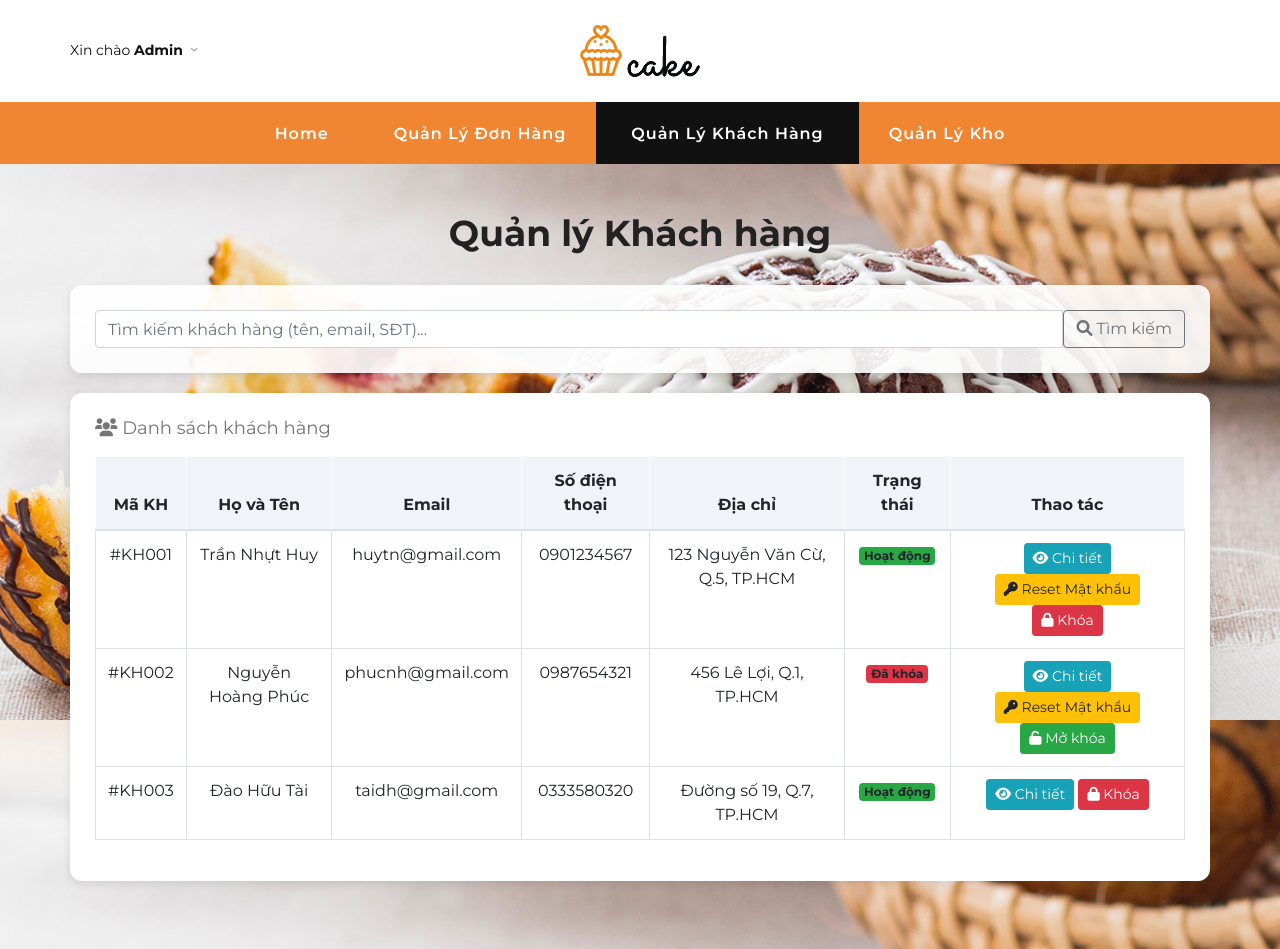
Repository: nhanto2n-byte/Nhom10ChieuThu3
Page: ProjectWeb/cake-main/admin_member.html
These files come from the project's save history. The page is drawn as it stood at one moment and after the next save; the edit follows.
The browser window is 1280 px wide. The pictures show the whole page.
Backgrounds fixed to the window are drawn as part of the page.

Above is the page before, as saved 2025-11-11 07:59:15.

After the next save:
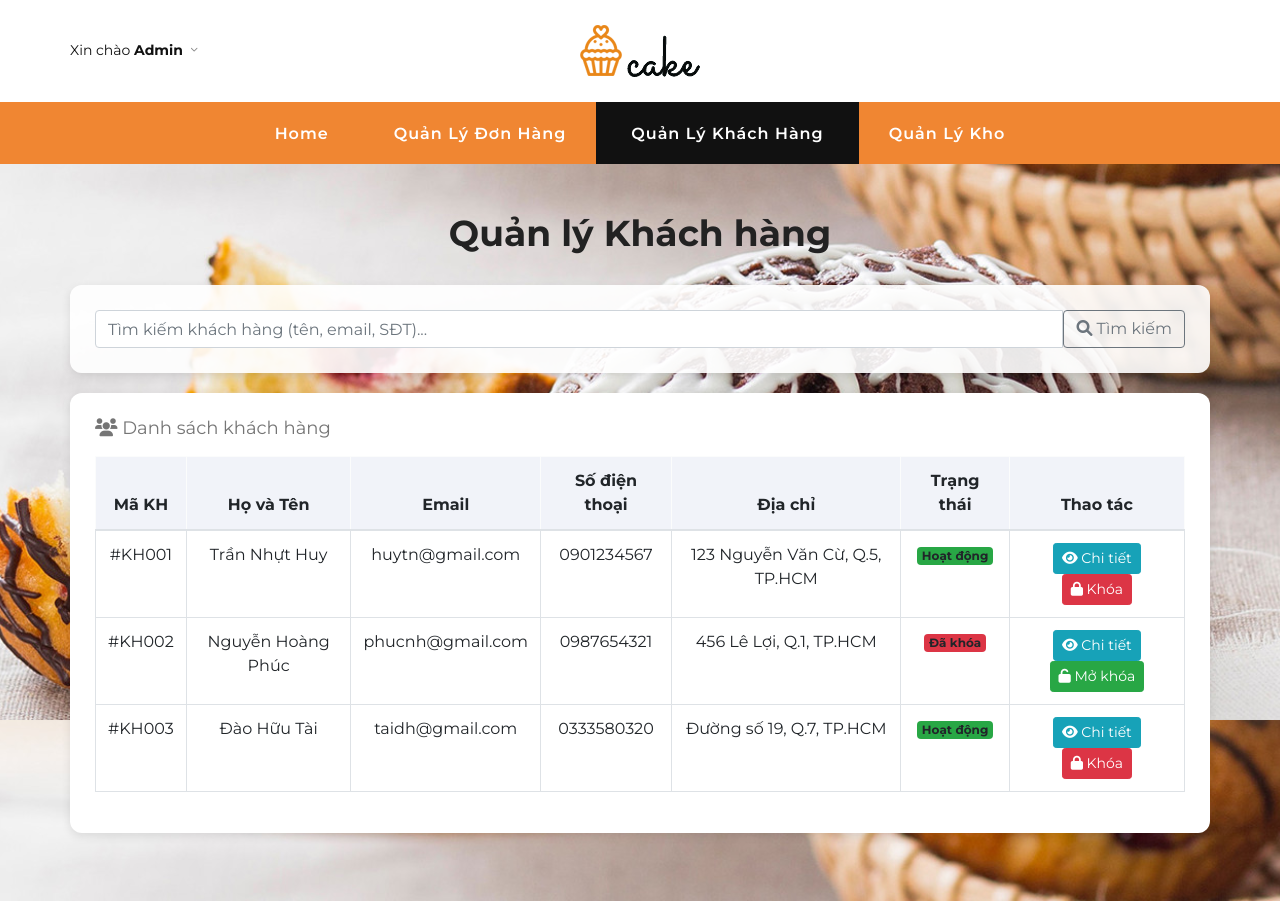
Saved 38 s later.
--- a/ProjectWeb/cake-main/admin_member.html
+++ b/ProjectWeb/cake-main/admin_member.html
@@ -330,9 +330,7 @@
       <button class="btn btn-info btn-sm btn-view">
         <i class="fa-solid fa-eye"></i> Chi tiết
       </button>
-      <button class="btn btn-warning btn-sm" data-bs-toggle="modal" data-bs-target="#resetPasswordModal">
-        <i class="fa-solid fa-key"></i> Reset Mật khẩu
-      </button>
+
       <button class="btn btn-danger btn-sm btn-lock">
         <i class="fa-solid fa-lock"></i> Khóa
       </button>
@@ -349,9 +347,7 @@
       <button class="btn btn-info btn-sm btn-view">
         <i class="fa-solid fa-eye"></i> Chi tiết
       </button>
-      <button class="btn btn-warning btn-sm" data-bs-toggle="modal" data-bs-target="#resetPasswordModal">
-        <i class="fa-solid fa-key"></i> Reset Mật khẩu
-      </button>
+
       <button class="btn btn-success btn-sm btn-unlock">
         <i class="fa-solid fa-unlock"></i> Mở khóa
       </button>

After the save that followed:
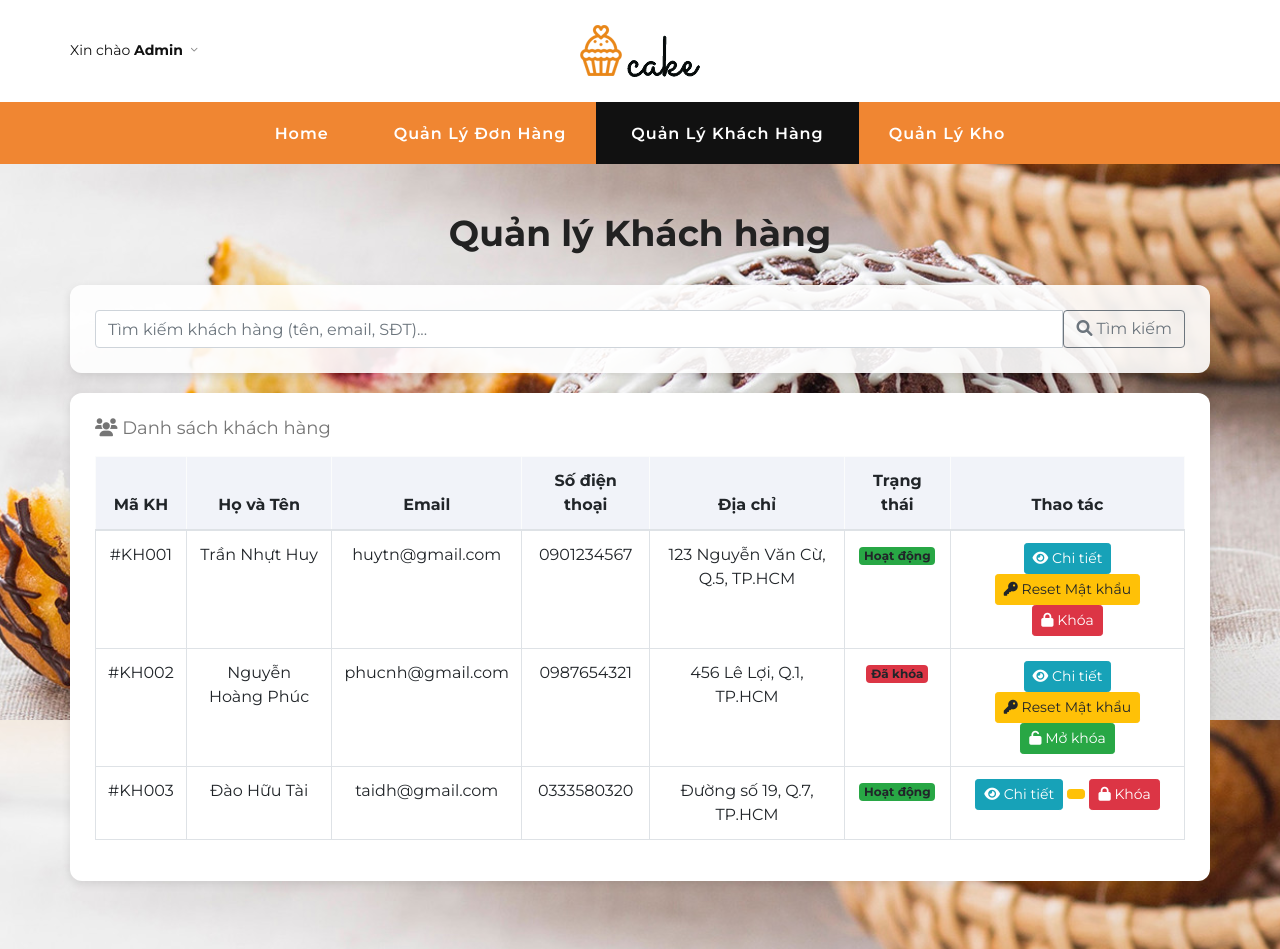
Saved 23 s later.
--- a/ProjectWeb/cake-main/admin_member.html
+++ b/ProjectWeb/cake-main/admin_member.html
@@ -330,7 +330,9 @@
       <button class="btn btn-info btn-sm btn-view">
         <i class="fa-solid fa-eye"></i> Chi tiết
       </button>
-
+      <button class="btn btn-warning btn-sm" data-bs-toggle="modal" data-bs-target="#resetPasswordModal">
+        <i class="fa-solid fa-key"></i> Reset Mật khẩu
+      </button>
       <button class="btn btn-danger btn-sm btn-lock">
         <i class="fa-solid fa-lock"></i> Khóa
       </button>
@@ -347,7 +349,9 @@
       <button class="btn btn-info btn-sm btn-view">
         <i class="fa-solid fa-eye"></i> Chi tiết
       </button>
-
+      <button class="btn btn-warning btn-sm" data-bs-toggle="modal" data-bs-target="#resetPasswordModal">
+        <i class="fa-solid fa-key"></i> Reset Mật khẩu
+      </button>
       <button class="btn btn-success btn-sm btn-unlock">
         <i class="fa-solid fa-unlock"></i> Mở khóa
       </button>
@@ -364,7 +368,9 @@
       <button class="btn btn-info btn-sm btn-view">
         <i class="fa-solid fa-eye"></i> Chi tiết
       </button>
-
+      <button class="btn btn-warning btn-sm" data-bs-toggle="modal" data-bs-target="#resetPasswordModal">
+
+      </button>
       <button class="btn btn-danger btn-sm btn-lock">
         <i class="fa-solid fa-lock"></i> Khóa
       </button>
